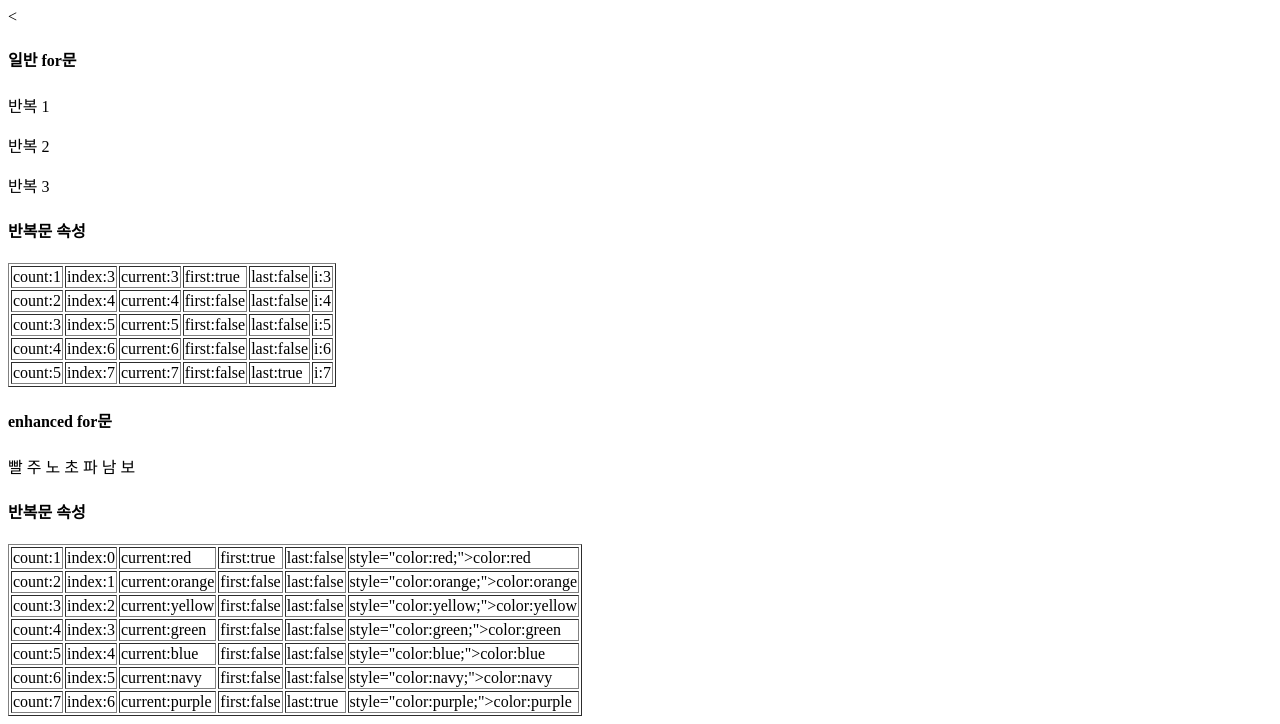
Repository: hyojinx/JspStudy
Page: http://localhost/jspstudy/11JSTL/ForEach.jsp
An editor plug-in stored every save of this project. The page is shown before and after the next save, followed by the edit.
The browser window is 1280 px wide. The pictures show the whole page.
The page is served by Tomcat 9.

Above is the page before, as saved 2023-04-10 04:04:46.

After the next save:
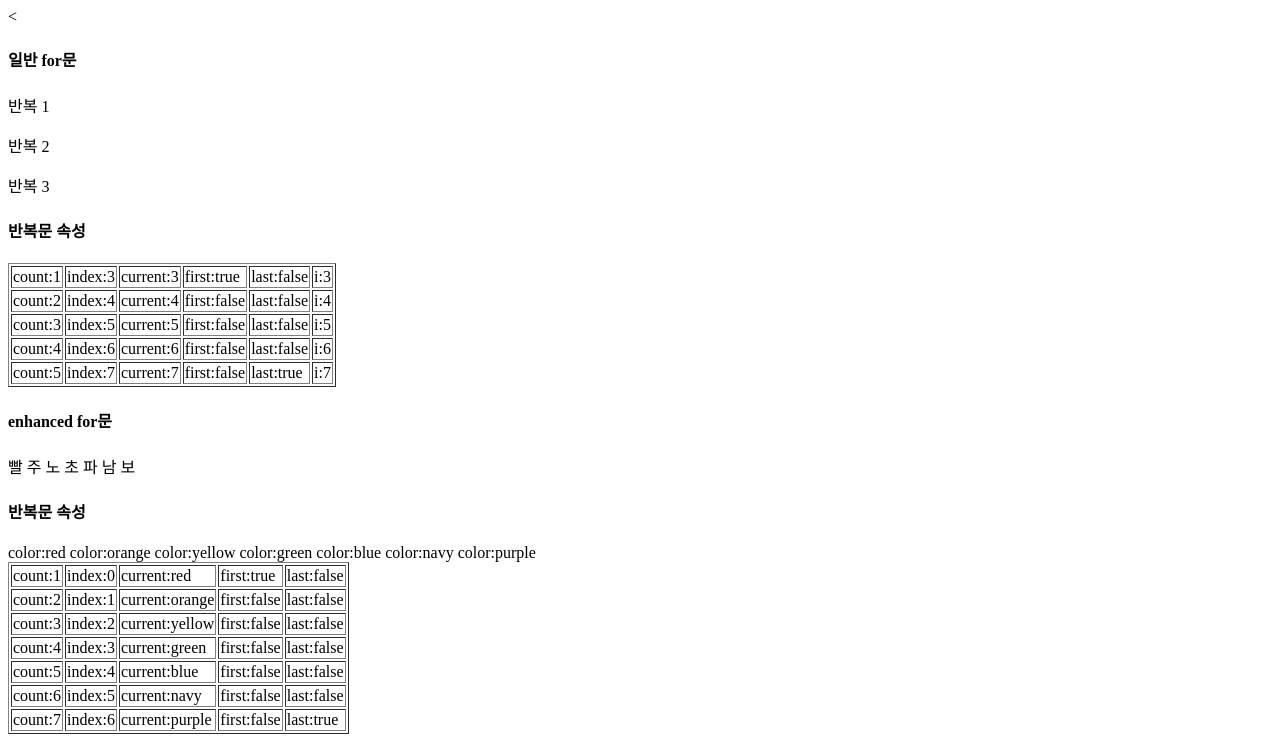
Saved 6 s later.
--- a/jspstudy/src/main/webapp/11JSTL/ForEach.jsp
+++ b/jspstudy/src/main/webapp/11JSTL/ForEach.jsp
@@ -48,7 +48,7 @@
 			<td>current:${loop.current}</td>
 			<td>first:${loop.first}</td>
 			<td>last:${loop.last}</td>
-			<td>style="color:${color};">color:${color }</td>
+			<tdstyle="color:${color};">color:${color }</td>
 		</tr>
 	</c:forEach>
 	</table>
